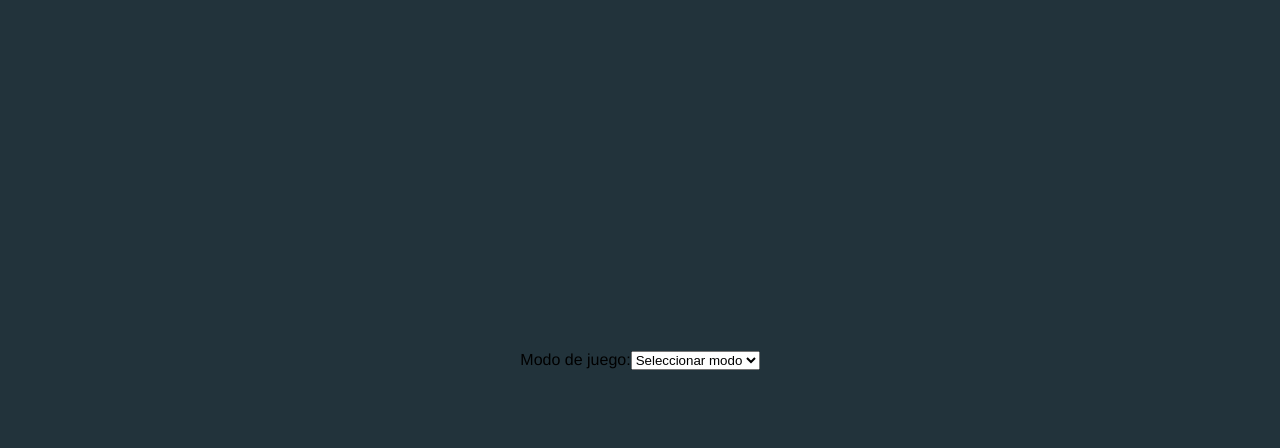
Repository: Herinyhert/Ta-Te-Ti
Page: /
The author's editor kept a copy of each file at every save. The page is drawn from the files as they stood at one save, then again after the next save.
The browser window is 1280 px wide. The pictures show the whole page.
The project was rebuilt for these pictures with package versions that can differ from the ones it lists, and the page was loaded fresh each time. Also part of the build but not shown: src/components/Square/Square.css, src/components/Square/Square.js, src/components/Board/Board.css, src/components/Board/Board.js, src/components/ScoreBoard/ScoreBoard.css, src/components/ScoreBoard/ScoreBoard.js, src/components/Landing/Landing.css.

Above is the page before, as saved 2023-05-28 03:21:50.

After the next save:
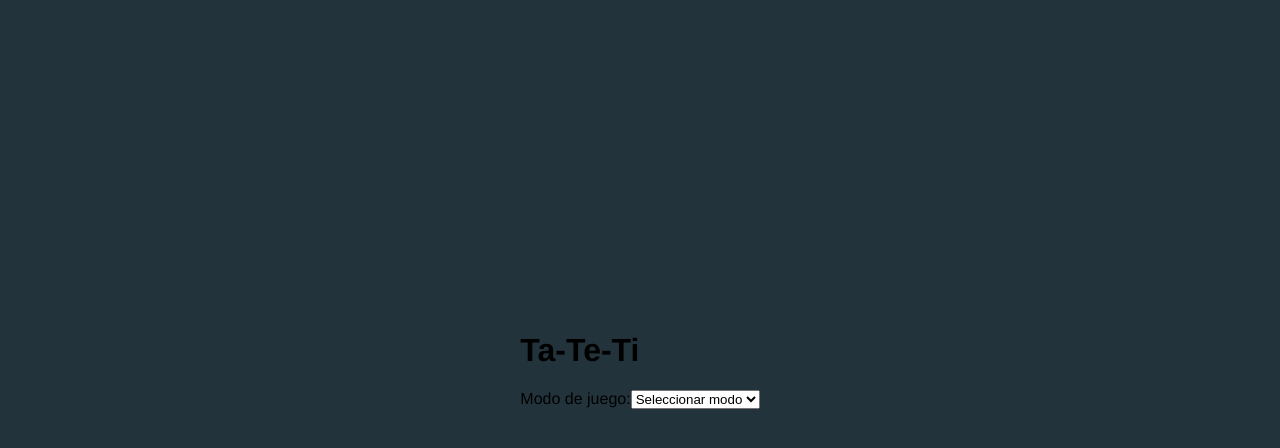
Saved 7 s later.
--- a/src/components/Landing/Landing.js
+++ b/src/components/Landing/Landing.js
@@ -29,6 +29,7 @@ const Landing = ()=>{
 
     return (
       <div>
+        <h1>Ta-Te-Ti</h1>
         <label>
           Modo de juego:
           <select value={gameMode} onChange={handleGameModeChange}>
